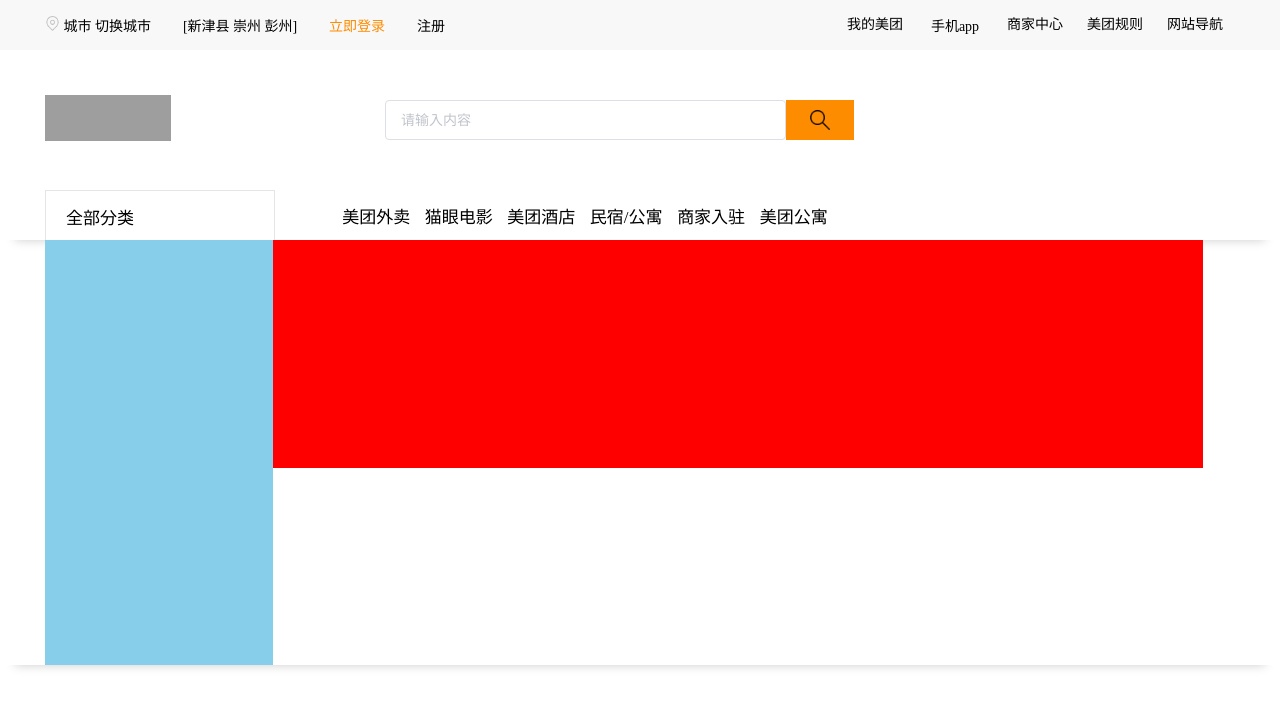
Repository: jinggegeZ/-
Page: /
An editor plug-in stored every save of this project. The page is shown before and after the next save, followed by the edit.
The browser window is 1280 px wide. The pictures show the whole page.
Pictures or frames that could not be fetched are drawn as grey boxes. The page's requests for data from a server got no answer. The project was rebuilt for these pictures with package versions that can differ from the ones it lists, and the page was loaded fresh each time. No one was signed in, and anything a server would have sent is missing. Also part of the build but not shown: vue.config.js.

Above is the page before, as saved 2020-08-20 15:19:10.

### src/main.js
import Vue from 'vue'
import App from './App.vue'
import router from './router'
import store from './store'
import api from '../src/http/api'
import ElementUI from 'element-ui';
import 'element-ui/lib/theme-chalk/index.css';

Vue.use(ElementUI);
Vue.config.productionTip = false
Vue.prototype.$api = api
new Vue({
  router,
  store,
  render: h => h(App)
}).$mount('#app')

### src/App.vue
<template>
  <div id="app">
    <router-view/>
  </div>
</template>

<style lang="scss">
@import '../src/style/style';
</style>

### src/http/api.js
import service from './index'

export default{
    //获取城市
    getprovince (){
        return service.get('/province')
    },
    //获取城市
    getposition(){
        return service.get('/position')
    },
    //2.关键词搜索
    getkeyword({city,keyword}){
        return service.get(`/results?city=${city}&keyword=${keyword}`)
    }
}

### src/style/style.css
* {
    margin: 0;
    padding: 0;

}
/* 这是css3媒体查询 */
@media screen and (max-width: 1200px) {
    .top {
        width: 960px !important;
    }
}
/* top样式 */
.topbox {
    width: 100%;
    display: flex;
    justify-content: center;
    background:rgb(248,248,248);
    font-size: 14px;
}
.topbox1 {
    width: 100%;
    display: flex;
    justify-content: center;
    box-shadow: 0px 15px 10px -15px #ccc;
    font-size: 14px;
}
.top {
    width: 1190px;

}
.top1 {

    height: 50px;
    display: flex;
    justify-content: space-between;
}
.leftbox {
    display: flex;
    align-items: center;
    width: 400px;
    justify-content: space-between;
}
.leftbox div:hover {
    color: #FE8C00;
}
.rightbox {
    display: flex;
    align-items: center;
    width: 400px;
    justify-content: space-between;
}
.rightbox1 {
    width: 100px;
    height: 50px;
    display: flex;
    align-items: center;
    justify-content: center;
    position: relative;

}
.postion {
    position: absolute;
    z-index: 999;
    width: 100%;
    height: 100%;
    text-align: center;
    line-height: 50px;
}
.rightbox2 {
    visibility: hidden;
    right: 0;
    position: absolute;
    z-index: 998;
    top: 99%;
    background: white;
    border-left: 1px solid rgb(229,229,229);
    border-bottom: 1px solid rgb(229,229,229);
    border-right: 1px solid rgb(229,229,229);
    box-shadow: 0px 0px 10px 0px #ccc;
}
.rightbox3 {
    height: 36px;
    line-height: 36px;
    text-align: center;
    width: 78px;
}
.rightbox4 {
    height: 36px;
    line-height: 36px;
    text-align: center;
    width: 118px;
}
.rightbox5 {
    width: 1190px;
    height: 300px;
    display: flex;
    justify-content: center;
}
.rightbox6 {
    width: 95%;
    height: 95%;
    display: flex;
    justify-content: space-between;
}
.rightbox6-1 {
    width: 200px;
}
.rightbox6-1-1 {
    width: 200px;
    height: 80px;
    display: flex;
    justify-content: center;
    align-items: center;
    font-size: 16px;
}
.rightbox6-1-2 {
    width: 200px;
    height: 190px;
    font-size: 12px;
}
.rightbox6-1-2-1 {
    height: 30px;
    width: 100%;
    display: flex;
    justify-content: space-between;
    align-items: center;
}
.rightbox6-1-2-2 {
    height: 30px;
    width: 100%;
    display: flex;
    justify-content: flex-start;
    align-items: center;
}
.rightbox6-2 {
    width: 100px;
}
.rightbox6-2-1 {
    width: 100px;
    height: 80px;
    display: flex;
    justify-content: center;
    align-items: center;
    font-size: 16px;
}
.rightbox6-2-1-1 {
    width: 100px;
    height: 190px;
    font-size: 12px;
}
.rightbox6-2 {
    width: 100px;
}
.rightbox6-2-1-1-font {
    width: 100%;
    height: 25px;
    display: flex;
    justify-content: center;
    align-items: center;
}
.rightbox6-3 {
    width: 350px;

}
.rightbox6-3-1 {
    width: 350px;
    height: 80px;
    display: flex;
    justify-content: center;
    align-items: center;
    font-size: 16px;
}
.rightbox6-3-1-1 {
    width: 350px;
    height: 190px;
    font-size: 12px;
}
.rightbox6-3-1-1-1 {
    width: 100%;
    height: 80px;
    display: flex;
    justify-content: space-around;
    align-items: center;
}
.rightbox6-3-1-1-1-img {
    width: 60px;
    height: 60px;
    border-radius: 5px;
}
.nav2box2font:hover {
    color: rgb(251,199,0);
}
.nav2box2font2:hover {
    color: red;
}
.postion:hover {
    color: #FE8C00;
}
.rightbox3:hover {
    color: #FE8C00;
}
.rightbox4:hover {
    color: #FE8C00;
}
.rightbox1:hover .rightbox2{
    visibility:visible
}
.rightbox1:hover {
    box-shadow: 0 3px 5px 0 rgba(0, 0, 0, 0.1);
}
.rightbox1:hover .postion {
    background-color: white;


}
.leftboximg {
    width: 15px;
    height: 15px;
}
.rightnow{
    color: #FE8C00;
}
/* nav部分 */
.nav {
    height: 140px;
    width: 100%;
    display: flex;
    align-items: center;
}
.nav1 {
    width: 240px;
    margin-right: 100px;
}
.nav1img {
    width: 126px;
    height: 46px;

}
.nav1input {
    display: flex;
    width: 469px;
    height: 50px;
    align-items: center;
}
.nav1input1 {
    width: 469px;
    position: relative;
}
.nav1input1box {
    position: absolute;
    top: 140px;
    width: 469px;
    background-color: white;
    border-radius: 5px;

}
.item {
    width: 100%;
    height: 30px;
    font-size: 12px;
}
.nav1inputboox {
    width: 80px;
    height: 40px;
    background-color: #FE8C00;
    display: flex;
    justify-content: center;
    align-items: center;
}
.nav1inputbooximg {
    width: 20px;
    height: 20px;
}
.nav2 {
    width: 100%;
    height: 50px;
    display: flex;
}
.nav2box {
    width: 228px;
    height: 50px;
    border-left: 1px solid rgb(229,229,229);
    border-top: 1px solid rgb(229,229,229);
    border-right: 1px solid rgb(229,229,229);
    display: flex;
    align-items: center;
    font-size: 17px;
}
.all {
    padding-left: 20px;
}
.nav2box2 {
    margin-left: 60px;
    display: flex;
    align-items: center;
    justify-content: space-around;
    width: 500px;
    font-size: 17px;
}
/* navbox 部分 */
.navbox {
    display: flex;
}
.navleftbox {
    width: 228px;
    height: 425px;
    background: skyblue;
}
.navrightbox {
    width: 930px;
    height: 228px;
    background: red;
}

### src/views/Home.vue
<template>
  <div>
      <top></top>
      <Navigation :city='city'></Navigation>
      <navbox></navbox>
  </div>
</template>

<script>
import top from "../components/top/top";
import Navigation from "../components/Navigation/Navigation";
import navbox from "../components/navbox/navbox"
export default {
  name: "",
  props: {},
  components: {
    top,
    Navigation,
    navbox
  },
  data() {
    return {
      city:''
    };
  },
  methods: {},
  mounted() {
    //获取省份
    // this.$api
    //   .getprovince()
    //   .then((res) => {
    //     console.log(res);
    //   })
    //   .catch((err) => {});
    //获取城市
    this.$api
      .getposition()
      .then((res) => {
        this.city = JSON.parse(res.data).city
      })
      .catch((err) => {});
  },
  watch: {},
  computed: {},
};
</script>

<style scoped lang='scss'>

</style>

### src/http/index.js
import axios from 'axios'
// 创建一个axios的实列
const service = axios.create({
    // 请求的基础路径 如果配置了基础路径 基础路径在实际发请求的时候可以省略
    baseURL:'./api',
    timeout:10000
})

// 响应拦截
service.interceptors.response.use(res=>{
    return res.data
})

// 默认导出
export default service

### src/components/top/top.vue
<template>
  <div class="topbox">
    <div class="top">
      <div class="top1">
        <div class="leftbox">
          <div>
            <img class="leftboximg" src="../../../public/image/pos.png" alt /> 城市
            <span>切换城市</span>
          </div>
          <div>[新津县 崇州 彭州]</div>
          <div class="rightnow">立即登录</div>
          <div>注册</div>
        </div>
        <div class="rightbox">
          <div class="rightbox1">
            <div class="postion">我的美团</div>
            <div class="rightbox2">
              <div class="rightbox3">我的订单</div>
              <div class="rightbox3">我的收藏</div>
              <div class="rightbox3">抵用券</div>
              <div class="rightbox3">美团设置</div>
            </div>
          </div>

          <div class="rightbox1">手机app</div>
          <div class="rightbox1">
            <div class="postion">商家中心</div>
            <div class="rightbox2">
              <div class="rightbox4">美团餐饮用户中心</div>
              <div class="rightbox4">登录商家中心</div>
              <div class="rightbox4">美团智能收银</div>
              <div class="rightbox4">我想合作</div>
              <div class="rightbox4">手机免费开店</div>
              <div class="rightbox4">餐饮代理商招募</div>
              <div class="rightbox4">商家申请开票</div>
              <div class="rightbox4">免费合作美团排队</div>
            </div>
          </div>
          <div class="rightbox1">
            <div class="postion">美团规则</div>
            <div class="rightbox2">
              <div class="rightbox3">规则中心</div>
              <div class="rightbox3">规则目录</div>
              <div class="rightbox3">规则评议院</div>
            </div>
          </div>
          <div class="rightbox1">
            <div class="postion">网站导航</div>
            <div class="rightbox2">
              <div class="rightbox5">
                <div class="rightbox6">
                  <div class="rightbox6-1">
                    <div class="rightbox6-1-1">酒店旅游</div>
                    <div class="rightbox6-1-2">.
                        <div class="rightbox6-1-2-1">
                            <div>国际机票</div>
                            <div>火车票</div>
                            <div>民宿</div>
                        </div>
                        <div class="rightbox6-1-2-1">
                            <div>经济型酒店</div>
                            <div>主题酒店</div>
                            <div>商务酒店</div>
                        </div>
                        <div class="rightbox6-1-2-1">
                            <div>公寓</div>
                            <div>豪华酒店</div>
                            <div>客栈</div>
                        </div>
                        <div class="rightbox6-1-2-1">
                            <div>青年旅社</div>
                            <div>度假酒店</div>
                            <div>别墅</div>
                        </div>
                        <div class="rightbox6-1-2-2">
                            <div>农家院</div>
                        </div>

                    </div>
                  </div>
                  <div class="rightbox6-2">
                    <div class="rightbox6-2-1">吃美食</div>
                    <div class="rightbox6-2-1-1">
                        <div class="rightbox6-1-2-1">
                            <div>烤鱼</div>
                            <div>特色小吃</div>

                        </div>
                        <div class="rightbox6-1-2-1">
                            <div>烧烤</div>
                            <div>自助餐</div>

                        </div>
                        <div class="rightbox6-1-2-1">
                            <div>火锅</div>
                            <div>代金券</div>
                        </div>




                    </div>
                  </div>
                  <div class="rightbox6-2">
                    <div class="rightbox6-2-1">看电影</div>
                    <div class="rightbox6-2-1-1">
                        <div class="rightbox6-2-1-1-font">热映电影</div>
                        <div class="rightbox6-2-1-1-font">热门电影</div>
                        <div class="rightbox6-2-1-1-font">热映电影口碑榜</div>
                        <div class="rightbox6-2-1-1-font">最受期待电影</div>
                        <div class="rightbox6-2-1-1-font">国内票房榜</div>
                        <div class="rightbox6-2-1-1-font">北美票房榜</div>
                        <div class="rightbox6-2-1-1-font">电影排行榜</div>

                    </div>
                  </div>
                  <div class="rightbox6-3">
                  <div class="rightbox6-3-1">手机应用</div>
                    <div class="rightbox6-3-1-1">
                        <div class="rightbox6-3-1-1-1">
                            <div><img class="rightbox6-3-1-1-1-img" src="//s0.meituan.net/bs/fe-web-meituan/2d53095/img/appicons/meituan.png" alt=""></div>
                            <div><img class="rightbox6-3-1-1-1-img" src="//s1.meituan.net/bs/fe-web-meituan/404d350/img/appicons/waimai.png" alt=""></div>
                            <div><img class="rightbox6-3-1-1-1-img" src="https://p0.meituan.net/travelcube/162c3308d9622f6d9cfaa49e60be4dca8573.png" alt=""></div>
                            <div><img class="rightbox6-3-1-1-1-img" src="//s1.meituan.net/bs/fe-web-meituan/404d350/img/appicons/dianping.png" alt=""></div>
                            <div><img class="rightbox6-3-1-1-1-img" src="//s1.meituan.net/bs/fe-web-meituan/404d350/img/appicons/maoyan.png" alt=""></div>
                        </div>
                    </div>
                  </div>
                </div>
              </div>
            </div>
          </div>
        </div>
      </div>
    </div>
  </div>
</template>

<script>
export default {
  name: "",
  props: {},
  components: {},
  data() {
    return {};
  },
  methods: {},
  mounted() {},
  watch: {},
  computed: {},
};
</script>

<style scoped lang='scss'>
</style>

### src/components/Navigation/Navigation.vue
<template>
 <div class="topbox1">
  <div class="top">
    <div class="nav">
      <!-- 美团-->
      <div class="nav1">
        <div><img class="nav1img" src="//s0.meituan.net/bs/fe-web-meituan/fa5f0f0/img/logo.png" alt=""></div>
      </div>
     <!-- 搜索-->
      <div class="nav1input">
        <div class="nav1input">
        <el-input v-model="keyword" placeholder="请输入内容" @input="change"></el-input>
        <div class="nav1input1box" v-if="keyword != ''">
          <div class="item" v-for="item in arr" :key="item.id">
            <div v-if="item.name">{{item.name}}</div>
          </div>
        </div>
        </div>

        <div class="nav1inputboox"><img class="nav1inputbooximg" src="../../../public/image/search.png" alt=""></div>
      </div>
    </div>
    <div class="nav2">
      <div class="nav2box"><div class="all">全部分类</div></div>
      <div class="nav2box2">
        <div class="nav2box2font">美团外卖</div>
        <div class="nav2box2font2">猫眼电影</div>
        <div class="nav2box2font2">美团酒店</div>
        <div class="nav2box2font">民宿/公寓</div>
        <div class="nav2box2font">商家入驻</div>
        <div class="nav2box2font2">美团公寓</div>
      </div>
    </div>
  </div>
 </div>
</template>

<script>
 export default {
   name: '',
   props: {
     city:{
       type:String,
       default: ()=> ''
     }
   },
   components: {

   },
   data () {
     return {
       keyword: '',
        arr:[]
     }
   },
   methods: {
     //输入框change事件变化
     change(value){
       this.keyword = value
       this.$api.getkeyword({city:this.city,keyword:this.keyword}).then(res => {
         console.log(res);
         this.arr = res.data.pois.slice(10)
       }).catch (err => {})
     },
   },
   mounted() {
   },
   watch: {

   },
   computed: {

   }
 }
</script>

<style scoped lang='scss'>

</style>

### src/components/navbox/navbox.vue
<template>
 <div class="topbox1">
    <div class="top">
        <div class="navbox">
            <div class="navleftbox"></div>
        <div class="navrightbox"></div>
        </div>

    </div>
 </div>
</template>

<script>
 export default {
   name: '',
   props: {
   },
   components: {

   },
   data () {
     return {

     }
   },
   methods: {

   },
   mounted() {

   },
   watch: {

   },
   computed: {

   }
 }
</script>

<style scoped lang='scss'>

</style>

Loaded but not shown: public/index.html (common file); src/router/index.js (common file); src/store/index.js (common file)

After the next save:
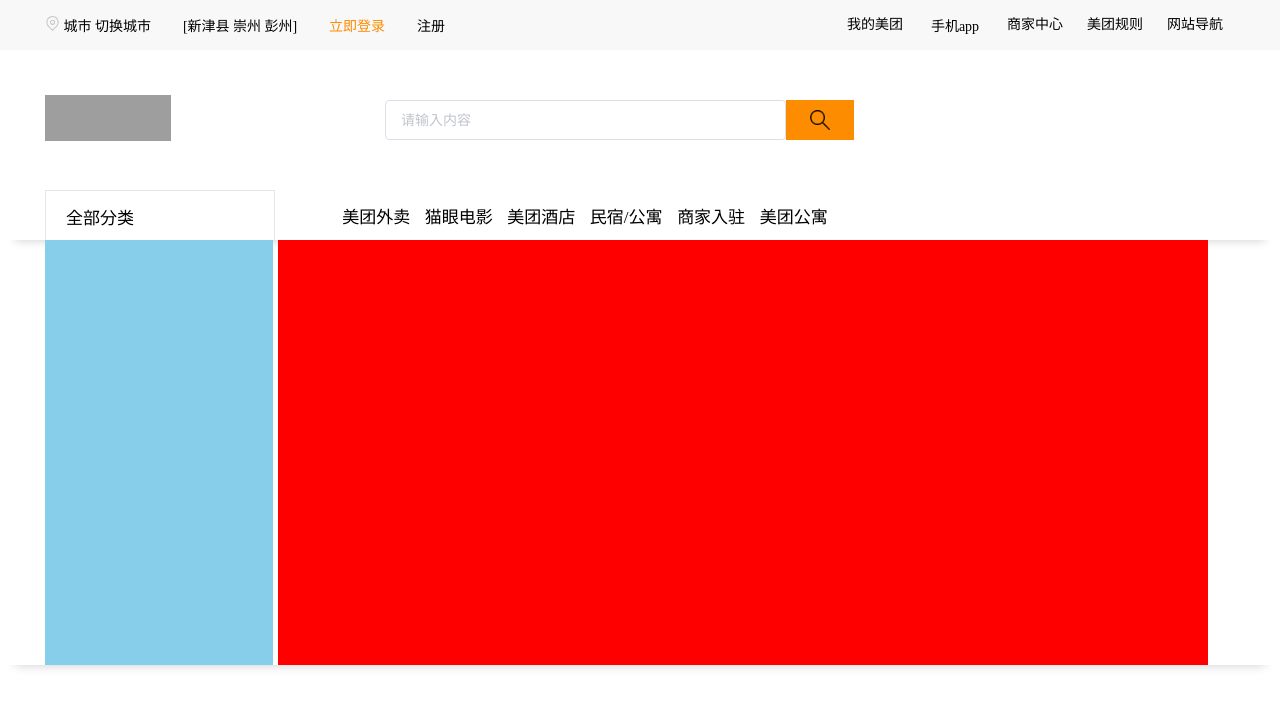
Saved 24 s later.
--- a/src/style/style.css
+++ b/src/style/style.css
@@ -308,6 +308,7 @@
 }
 .navrightbox {
     width: 930px;
-    height: 228px;
+    height: 425px;
     background: red;
-}
+    margin-left: 5px;
+}
